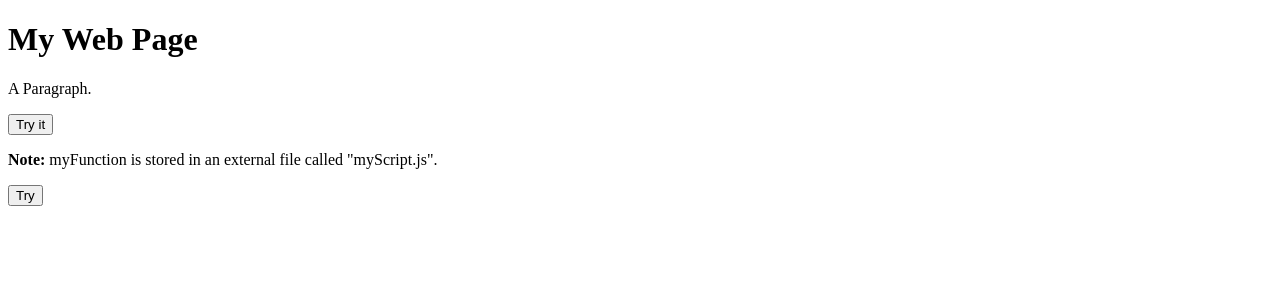
Repository: EnjoyWorkTrue/Spring2014
Page: CMP342/Assignment3/WebContent/learningJavaScript/NewFile.html
An editor plug-in stored every save of this project. The page is shown before and after the next save, followed by the edit.
The browser window is 1280 px wide. The pictures show the whole page.

Above is the page before, as saved 2014-03-09 13:58:00.

After the next save:
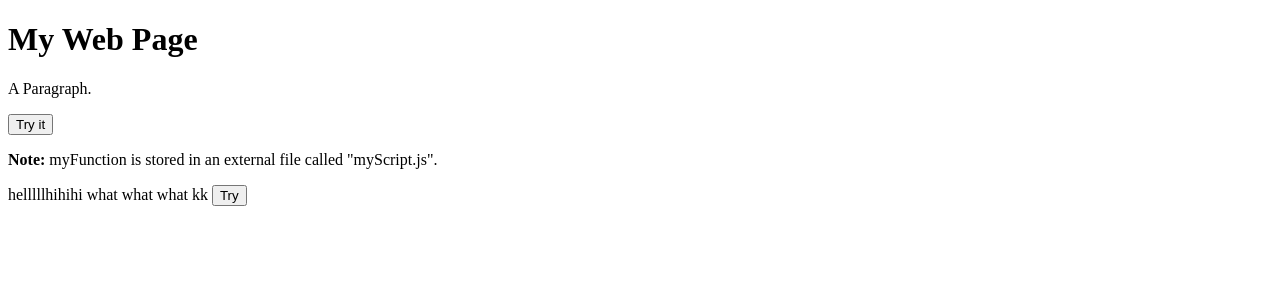
Saved 35 h 6 min later.
--- a/CMP342/Assignment3/WebContent/learningJavaScript/NewFile.html
+++ b/CMP342/Assignment3/WebContent/learningJavaScript/NewFile.html
@@ -10,6 +10,8 @@
 
 <p><strong>Note:</strong> myFunction is stored in an external file called "myScript.js".</p>
 
+<aaaa>helllllhihihi <tr>what</tr>  <tr>what</tr>   <tr>what</tr>  <ts> kk<ts>  </aaaa>
+
 <button type="button" onclick="myFunction1()">Try</button>
 <script src="myScript.js"></script>
 
